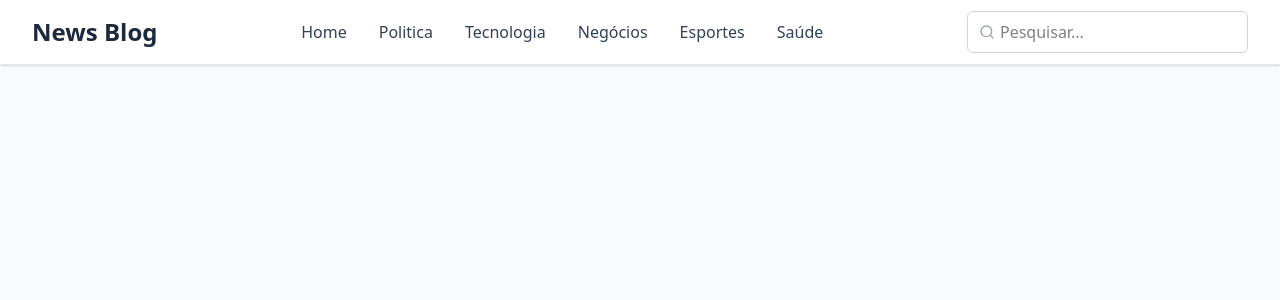
Repository: estevam02009/news-blog
Page: /
An editor plug-in stored every save of this project. The page is shown before and after the next save, followed by the edit.
The browser window is 1280 px wide. The pictures show the whole page.
The project was rebuilt for these pictures with package versions that can differ from the ones it lists, and the page was loaded fresh each time. Also part of the build but not shown: vite.config.ts.

Above is the page before, as saved 2025-08-08 17:00:18.

After the next save:
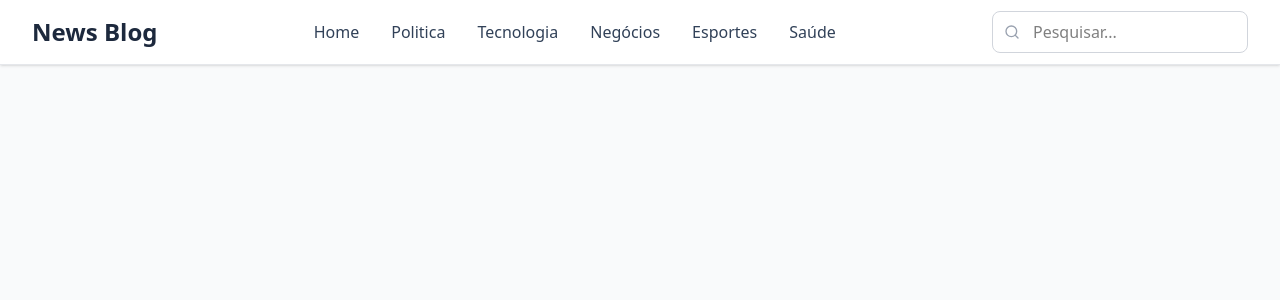
Saved 105 s later.
--- a/src/components/Header.tsx
+++ b/src/components/Header.tsx
@@ -28,7 +28,7 @@ const Header: React.FC = () => {
                             <input
                                 type='text'
                                 placeholder='Pesquisar...'
-                                className='pl-8 pr-4 py-2 border border-slate-300 rounded-md focus:outline-none focus:ring-2 focus:ring-blue-500'
+                                className='pl-10 pr-4 py-2 border border-gray-300 rounded-lg focus:ring-2 focus:ring-blue-500 focus:border-transparent w-64'
                             />
                         </div>
                     </div>
